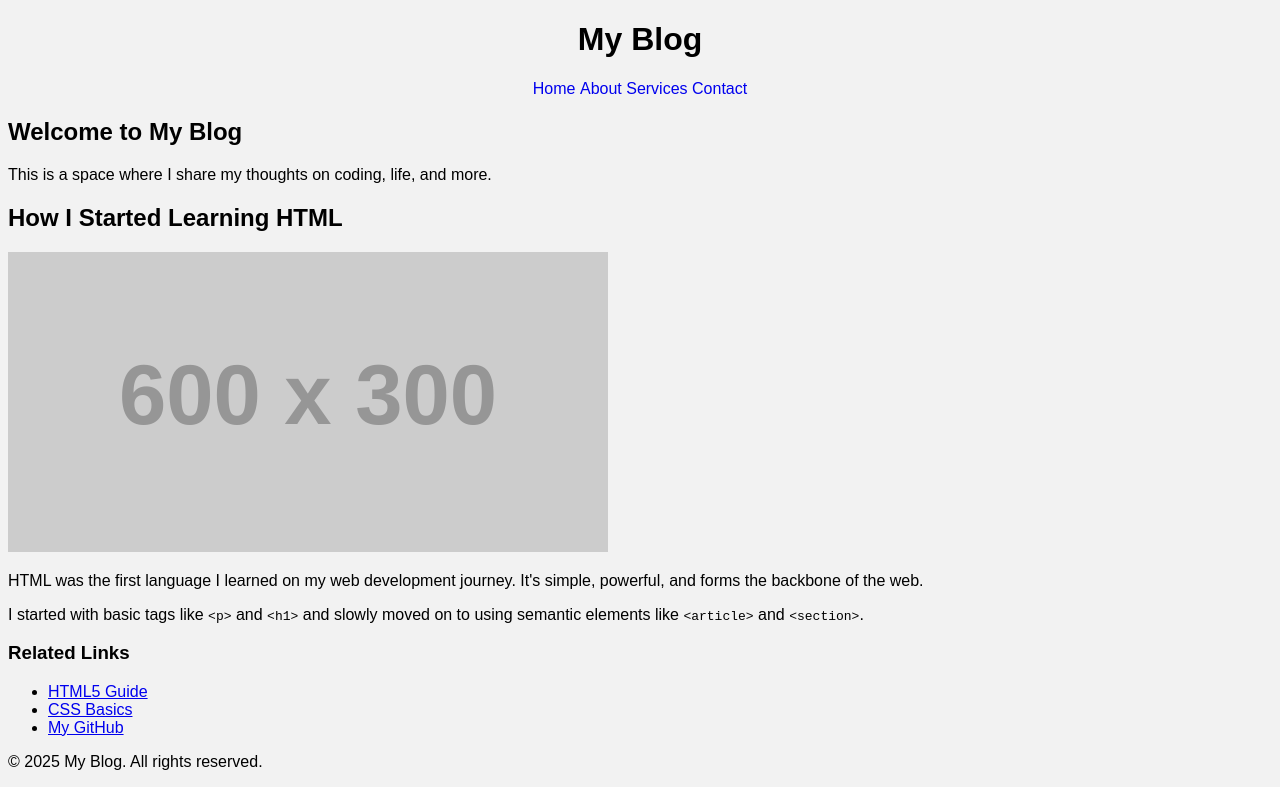
Repository: SainediAmbika/RecallingAll
Page: Angular Recalling/Blog Page/index.html
The author's editor kept a copy of each file at every save. The page is drawn from the files as they stood at one save, then again after the next save.
The browser window is 1280 px wide. The pictures show the whole page.

Above is the page before, as saved 2025-05-19 12:02:10.

After the next save:
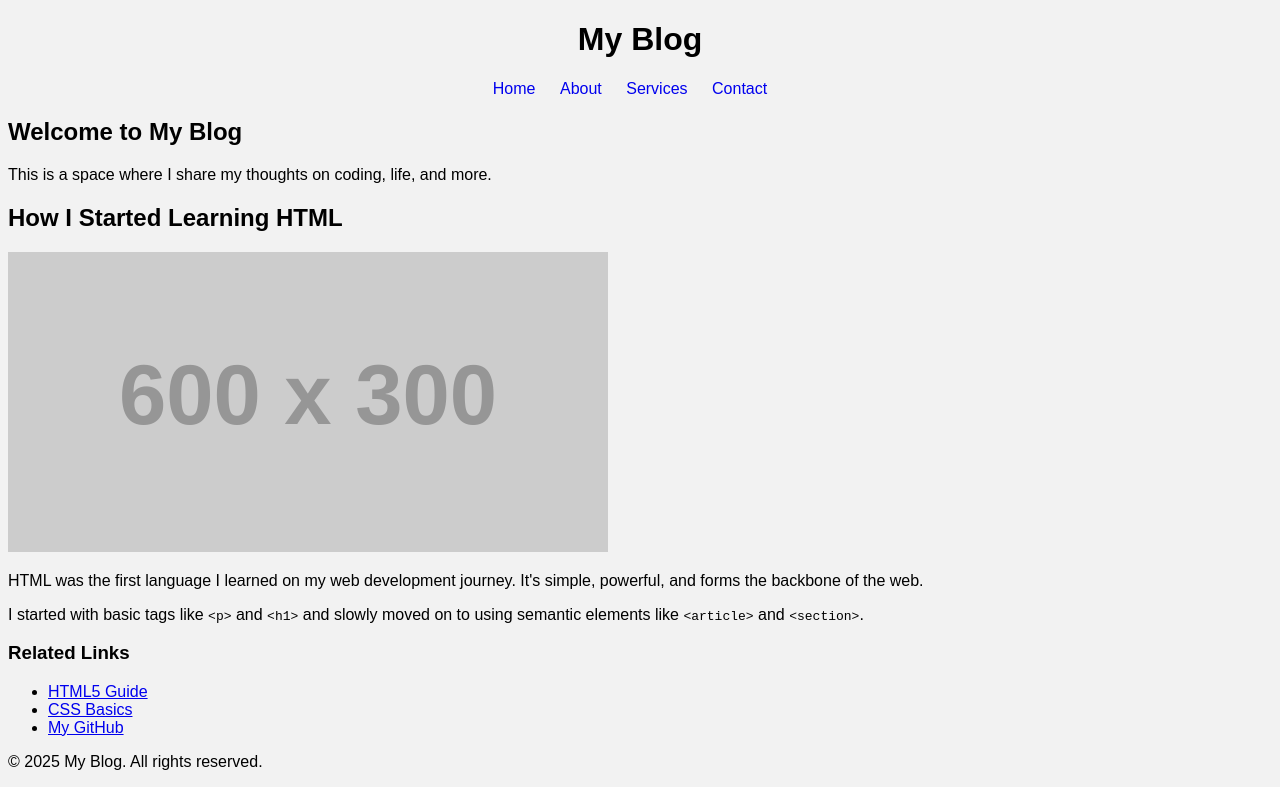
Saved 21 s later.
--- a/Angular Recalling/Blog Page/app.css
+++ b/Angular Recalling/Blog Page/app.css
@@ -11,6 +11,7 @@ padding: 0;
 
 nav ul li{
   display:inline;
+  margin-right: 20px;
    }
 
 nav ul li a{
